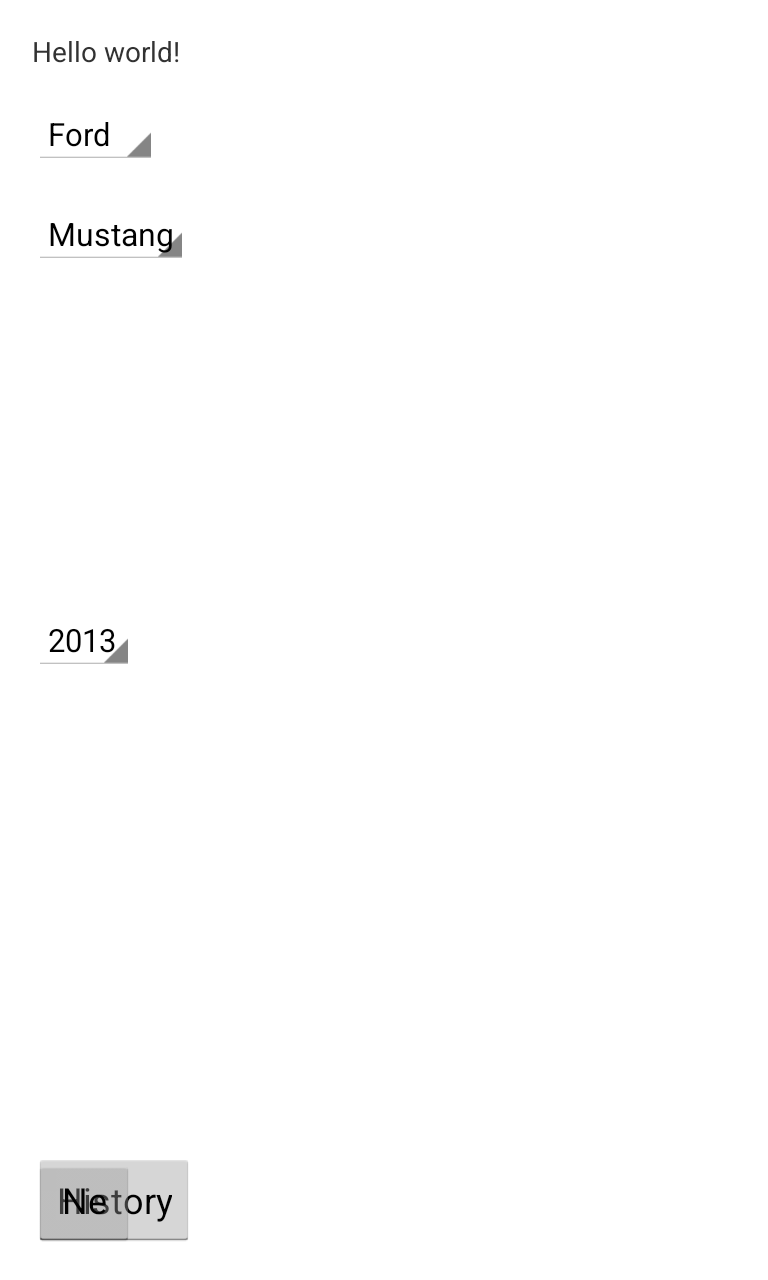
Repository: raul09/Overdrive
Layout: workspace/AutoPerformanceAnalyzer/res/layout/activity_main.xml
These files come from the project's save history. The layout is drawn as it stood at one moment and after the next save; the edit follows.
It is drawn on a 768 x 1280 px phone screen (xhdpi) without system bars, with theme AppTheme; the app's code is not run.

Above is the layout before, as saved 2013-09-30 21:51:46.

After the next save:
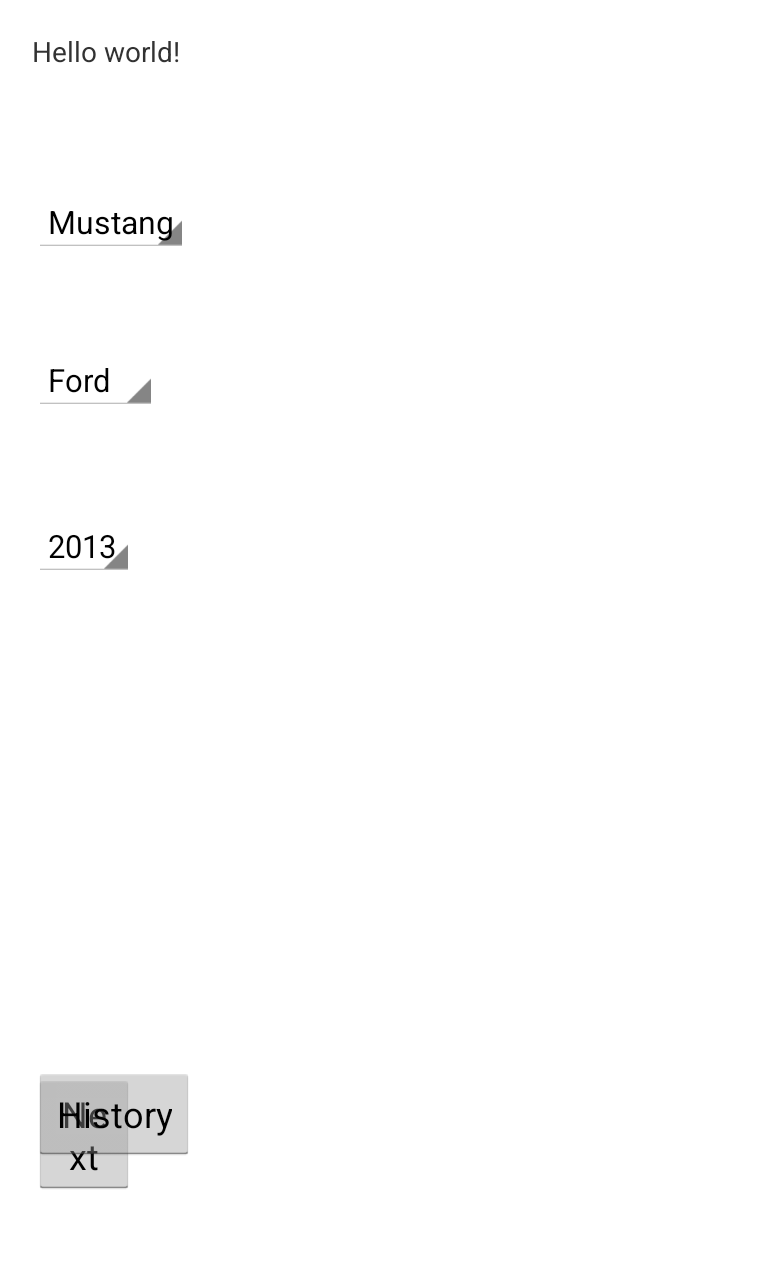
Saved 14 h 39 min later.
--- a/workspace/AutoPerformanceAnalyzer/res/layout/activity_main.xml
+++ b/workspace/AutoPerformanceAnalyzer/res/layout/activity_main.xml
@@ -15,39 +15,6 @@
         android:text="@string/hello_world" />
 
     <Button
-        android:id="@+id/History"
-        android:layout_width="wrap_content"
-        android:layout_height="wrap_content"
-        android:layout_alignLeft="@+id/textView1"
-        android:layout_alignParentBottom="true"
-       android:text="@string/History"  />
-
-    <Spinner
-        android:id="@+id/Make"
-        android:layout_width="wrap_content"
-        android:layout_height="wrap_content"
-        android:layout_below="@+id/textView1"
-        android:layout_marginTop="16dp"
-        android:entries="@array/Make" />
-
-    <Spinner
-        android:id="@+id/Model"
-        android:layout_width="wrap_content"
-        android:layout_height="wrap_content"
-        android:layout_alignLeft="@+id/Make"
-        android:layout_below="@+id/Make"
-        android:layout_marginTop="18dp"
-        android:entries="@array/Model" />
-
-    <Spinner
-        android:id="@+id/Year"
-        android:layout_width="wrap_content"
-        android:layout_height="wrap_content"
-        android:layout_alignLeft="@+id/Model"
-        android:layout_centerVertical="true"
-        android:entries="@array/Year" />
-
-    <Button
         android:id="@+id/Next"
         android:layout_width="wrap_content"
         android:layout_height="wrap_content"
@@ -56,4 +23,40 @@
         android:layout_alignRight="@+id/Year"
         android:text="@string/Next"  />
 
+    <Spinner
+        android:id="@+id/Model"
+        android:layout_width="wrap_content"
+        android:layout_height="wrap_content"
+        android:layout_alignLeft="@+id/textView1"
+        android:layout_below="@+id/textView1"
+        android:layout_marginTop="60dp"
+        android:entries="@array/Model" />
+
+    <Spinner
+        android:id="@+id/Make"
+        android:layout_width="wrap_content"
+        android:layout_height="wrap_content"
+        android:layout_alignLeft="@+id/Model"
+        android:layout_below="@+id/Model"
+        android:layout_marginTop="47dp"
+        android:entries="@array/Make" />
+
+    <Spinner
+        android:id="@+id/Year"
+        android:layout_width="wrap_content"
+        android:layout_height="wrap_content"
+        android:layout_alignLeft="@+id/Make"
+        android:layout_below="@+id/Make"
+        android:layout_marginTop="51dp"
+        android:entries="@array/Year" />
+
+    <Button
+        android:id="@+id/History"
+        android:layout_width="wrap_content"
+        android:layout_height="wrap_content"
+        android:layout_alignLeft="@+id/Year"
+        android:layout_alignParentBottom="true"
+        android:layout_marginBottom="43dp"
+        android:text="@string/History" />
+
 </RelativeLayout>
